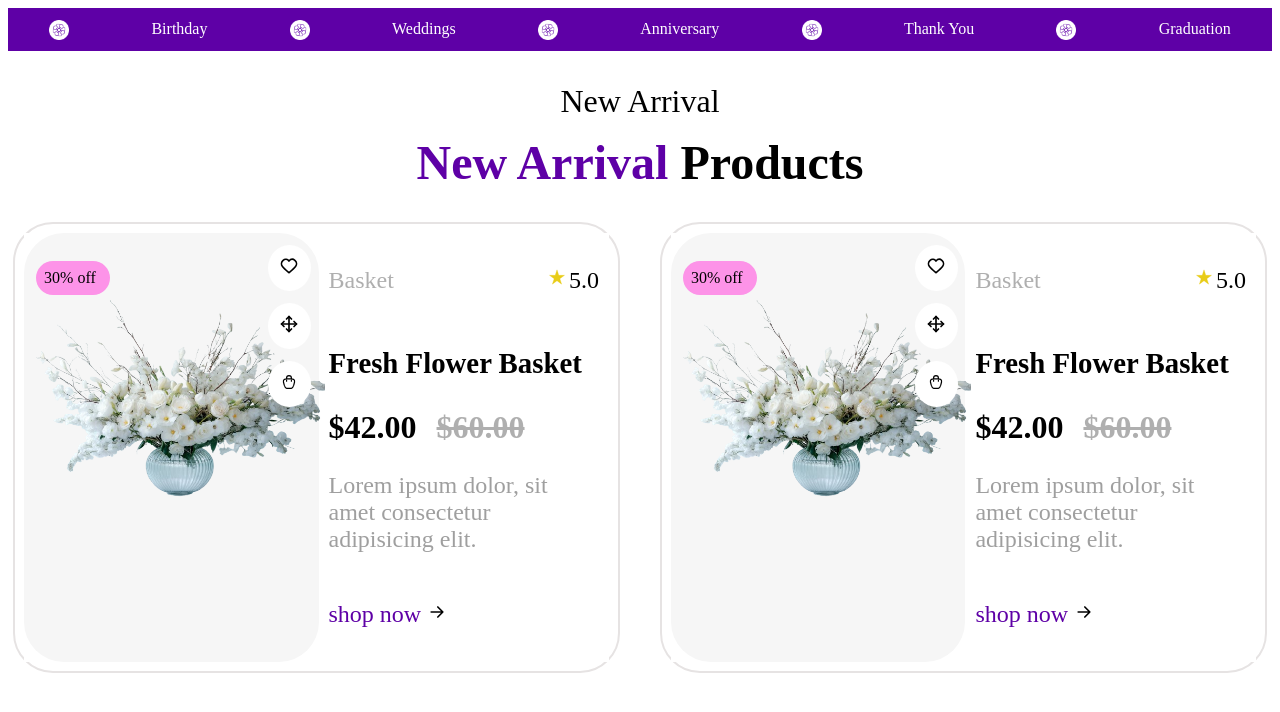
Repository: KolawoleTemilade/classroom-learning
Page: newarrival/index.html
These files come from the project's save history. The page is drawn as it stood at one moment and after the next save; the edit follows.
The browser window is 1280 px wide. The pictures show the whole page.

Above is the page before, as saved 2025-10-02 00:49:53.

### newarrival/index.html
<!DOCTYPE html>
<html lang="en">
  <head>
    <meta charset="UTF-8" />
    <meta name="viewport" content="width=h, initial-scale=1.0" />
    <title>new arrival</title>
    <link rel="stylesheet" href="style.css" />
  </head>
  <body>
    <section class="new-arrival-sect">
      <div class="marq-sect">
        <div class="marque">
          <img
            src="../newarrival/images/icons/marqueflower.png"
            alt="flower-icon"
            width="20"
            height="20"
          />
          <span>birthday</span>
          <img
            src="../newarrival/images/icons/marqueflower.png"
            alt="flower-icon"
            width="20"
            height="20"
          />
          <span>weddings</span>
          <img
            src="../newarrival/images/icons/marqueflower.png"
            alt="flower-icon"
            width="20"
            height="20"
          />
          <span>anniversary</span>
          <img
            src="../newarrival/images/icons/marqueflower.png"
            alt="flower-icon"
            width="20"
            height="20"
          />
          <span>thank you</span>
          <img
            src="../newarrival/images/icons/marqueflower.png"
            alt="flower-icon"
            width="20"
            height="20"
          />
          <span>graduation</span>
        </div>
      </div>
      <div class="new-arrival">
        <div class="new-arrival-title">
          <p class="title1">
            new arrival
            <span class="title2"
              >new arrival <span class="product-title">products</span></span
            >
          </p>
        </div>
        <section class="card-sec">
          <div class="new-arrival-product-card">
            <div class="product-card">
              <div class="img-sect">
                <img
                  src="./images/new-arrival/flower4.png"
                  alt="flower1"
                  width="200"
                  height="2 ,8>00"
                />
                <div class="absolute-container">
                  <p class="slash">30% off</p>
                  <div class="icons-sec">
                    <div class="icons">
                      <img
                        src="./images/icons/heart.svg"
                        alt="heart"
                        width="20"
                        height="20"
                      />
                    </div>
                    <div class="icons">
                      <img
                        src="./images/icons/crossedarrow.svg"
                        alt="arrow"
                        width="20"
                        height="20"
                      />
                    </div>
                    <div class="icons">
                      <img
                        src="./images/icons/shoppingbag.svg"
                        alt="shoppingbag"
                        width="20"
                        height="20"
                      />
                    </div>
                  </div>
                </div>
              </div>
              <div class="text-sect">
                <div class="basket-sec">
                  <p>basket</p>
                  <div class="rating-sec">
                    <img
                      src="./images/icons/ratings.svg"
                      alt="ratings"
                      width="20"
                      height="20"
                    />
                    <span>5.0</span>
                  </div>
                </div>
                <div class="fresh-flower-sec">
                  <h3>fresh flower basket</h3>
                  <h2>$42.00 <span class="slashed"> $60.00</span></h2>
                  <p>
                    Lorem ipsum dolor, sit amet consectetur adipisicing elit.
                  </p>
                  <div class="shop-btn">
                    <p>
                      shop now
                      <span
                        ><img
                          src="./images/icons/rightarrow.svg"
                          alt="right arrow"
                          width="20"
                          height="20"
                      /></span>
                    </p>
                  </div>
                </div>
              </div>
            </div>
          </div>
          <div class="new-arrival-product-card">
            <div class="product-card">
              <div class="img-sect">
                <img
                  src="./images/new-arrival/flower4.png"
                  alt="flower1"
                  width="200"
                  height="2 ,8>00"
                />
                <div class="absolute-container">
                  <p class="slash">30% off</p>
                  <div class="icons-sec">
                    <div class="icons">
                      <img
                        src="./images/icons/heart.svg"
                        alt="heart"
                        width="20"
                        height="20"
                      />
                    </div>
                    <div class="icons">
                      <img
                        src="./images/icons/crossedarrow.svg"
                        alt="arrow"
                        width="20"
                        height="20"
                      />
                    </div>
                    <div class="icons">
                      <img
                        src="./images/icons/shoppingbag.svg"
                        alt="shoppingbag"
                        width="20"
                        height="20"
                      />
                    </div>
                  </div>
                </div>
              </div>
              <div class="text-sect">
                <div class="basket-sec">
                  <p>basket</p>
                  <div class="rating-sec">
                    <img
                      src="./images/icons/ratings.svg"
                      alt="ratings"
                      width="20"
                      height="20"
                    />
                    <span>5.0</span>
                  </div>
                </div>
                <div class="fresh-flower-sec">
                  <h3>fresh flower basket</h3>
                  <h2>$42.00 <span class="slashed"> $60.00</span></h2>
                  <p>
                    Lorem ipsum dolor, sit amet consectetur adipisicing elit.
                  </p>
                  <div class="shop-btn">
                    <p>
                      shop now
                      <span
                        ><img
                          src="./images/icons/rightarrow.svg"
                          alt="right arrow"
                          width="20"
                          height="20"
                      /></span>
                    </p>
                  </div>
                </div>
              </div>
            </div>
          </div>
        </section>
      </div>
    </section>
  </body>
</html>

### newarrival/style.css
.new-arrival-sect {
  display: flex;
  flex-direction: column;
  align-items: center;
  justify-content: center;
}

.marq-sect {
  background-color: #5e00a6;
  height: 6vh;
  width: 100%;
  align-content: center;
}
.marque {
  display: flex;
  align-content: center;
  justify-content: space-around;
}
.marque > span {
  text-transform: capitalize;
  color: white;
}
.title1 {
  font-size: 2rem;
  display: flex;
  flex-direction: column;
  align-items: center;
  justify-content: center;
  gap: 15px;
  text-transform: capitalize;
}
.title2 {
  font-size: 3rem;
  color: #5e00a6;
  font-weight: 700;
}
.product-title {
  color: black;
  font-size: 3rem;
  font-weight: 700;
}
.card-sec {
  display: flex;
  gap:40px;
}
.new-arrival-product-card {
  border: 2px solid rgb(230, 227, 227);
  padding: 9px;
  border-radius: 40px;
  background-color: #ffffff;
}

.product-card {
  display: flex;
  background-color: #ffffff;

}
.img-sect {
  position: relative;
  border: 3px solid transparent;
  border-radius: 40px;
  background-color: #f6f6f6;
  width: 100%;
  padding: 9px;
}
.img-sect > img {
  position: absolute;
  top: 15%;
  width: 100%;
  height: 30vh;
}
.absolute-container > p {
  padding: 8px;
  width: 20%;
  border-radius: 20px;
}
.slash {
  position: absolute;
  /* top: 1%; */
  background: #fd93e8;
}

.icons-sec {
  position: absolute;
  top: 2%;
  right: 2%;
  display: flex;
  flex-direction: column;
  gap: 12px;
}
.icons {
  padding: 10px;
  width: 50%;
  border: 1px solid transparent;
  border-radius: 50%;
  background-color: white;
}
.text-sect {
  width: 100%;
  padding: 10px;
}
.basket-sec {
  display: flex;
  justify-content: space-between;
  align-items: center;
}
.basket-sec > p {
  text-transform: capitalize;
  color: #afafaf;
  font-size: 1.5rem;
}
.rating-sec {
  display: flex;
  gap: 2px;
  font-size: 1.5rem;
}
.fresh-flower-sec > h3 {
  font-size: 1.8rem;
  text-transform: capitalize;
  font-weight: 600;
}
.fresh-flower-sec > h2 {
  font-size: 2rem;
  display: flex;
  gap: 20px;
}
.slashed {
  color: #afafaf;
  text-decoration: line-through;
}
.fresh-flower-sec > p {
  font-size: 1.5rem;
  color: #9f9f9f;
}
.shop-btn {
  color: #5e00a6;
  display: flex;
  align-items: center;
  font-size: 1.5rem;
}

After the next save:
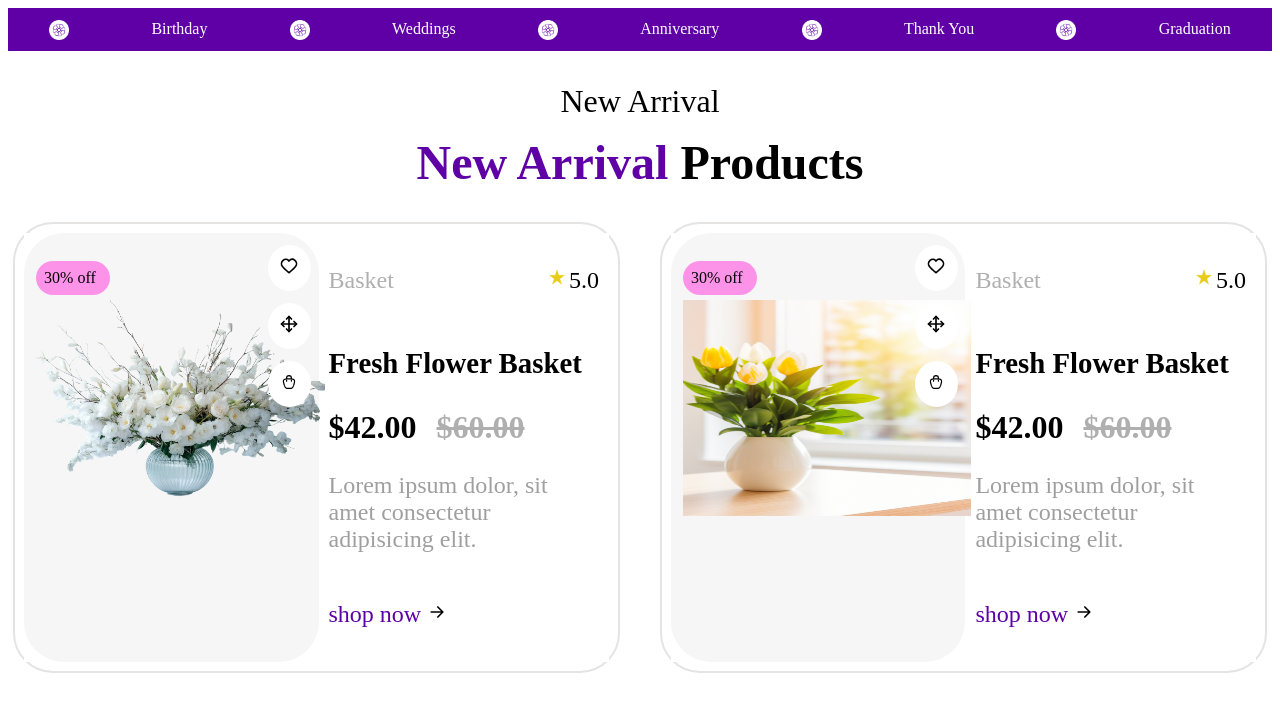
Saved 82 s later.
--- a/newarrival/index.html
+++ b/newarrival/index.html
@@ -135,7 +135,7 @@
             <div class="product-card">
               <div class="img-sect">
                 <img
-                  src="./images/new-arrival/flower4.png"
+                  src="./images/new-arrival/flower2.png"
                   alt="flower1"
                   width="200"
                   height="2 ,8>00"
